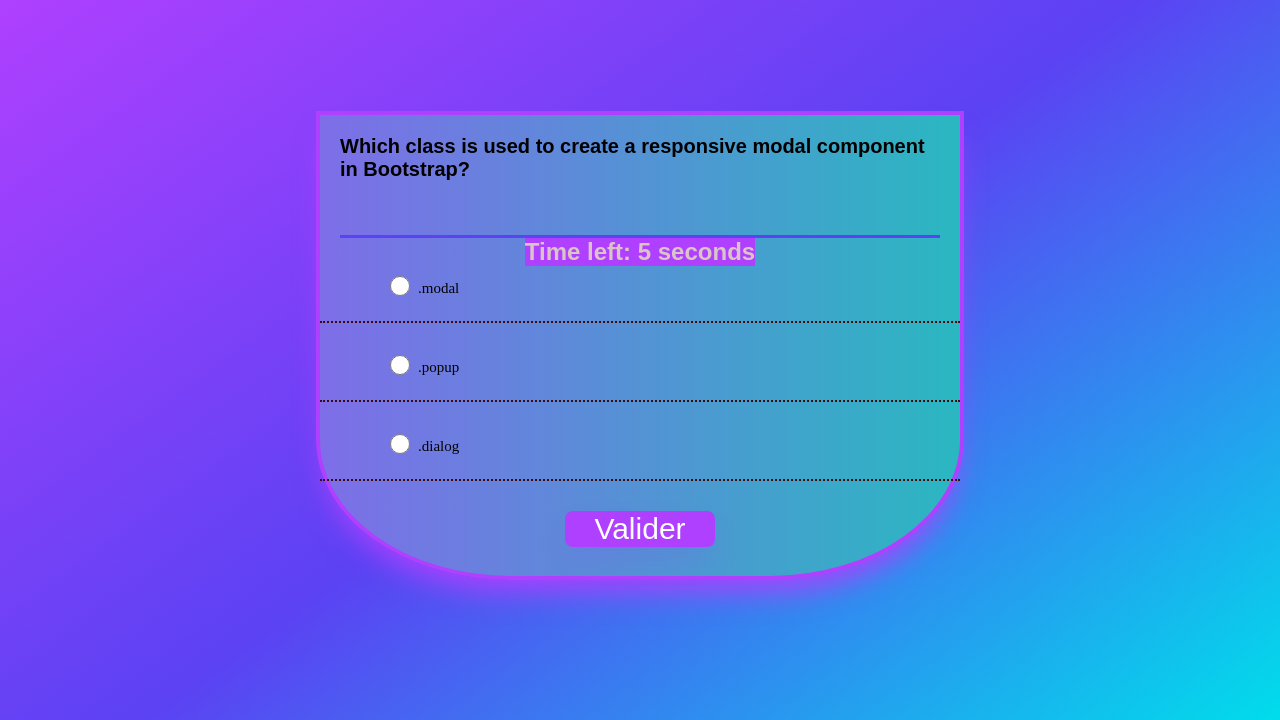
Repository: Belhoucine123/page1
Page: boostrap/test33.html
The author's editor kept a copy of each file at every save. The page is drawn from the files as they stood at one save, then again after the next save.
The browser window is 1280 px wide. The pictures show the whole page.

Above is the page before, as saved 2023-07-05 01:16:10.
Console error: ReferenceError: load is not defined

After the next save:
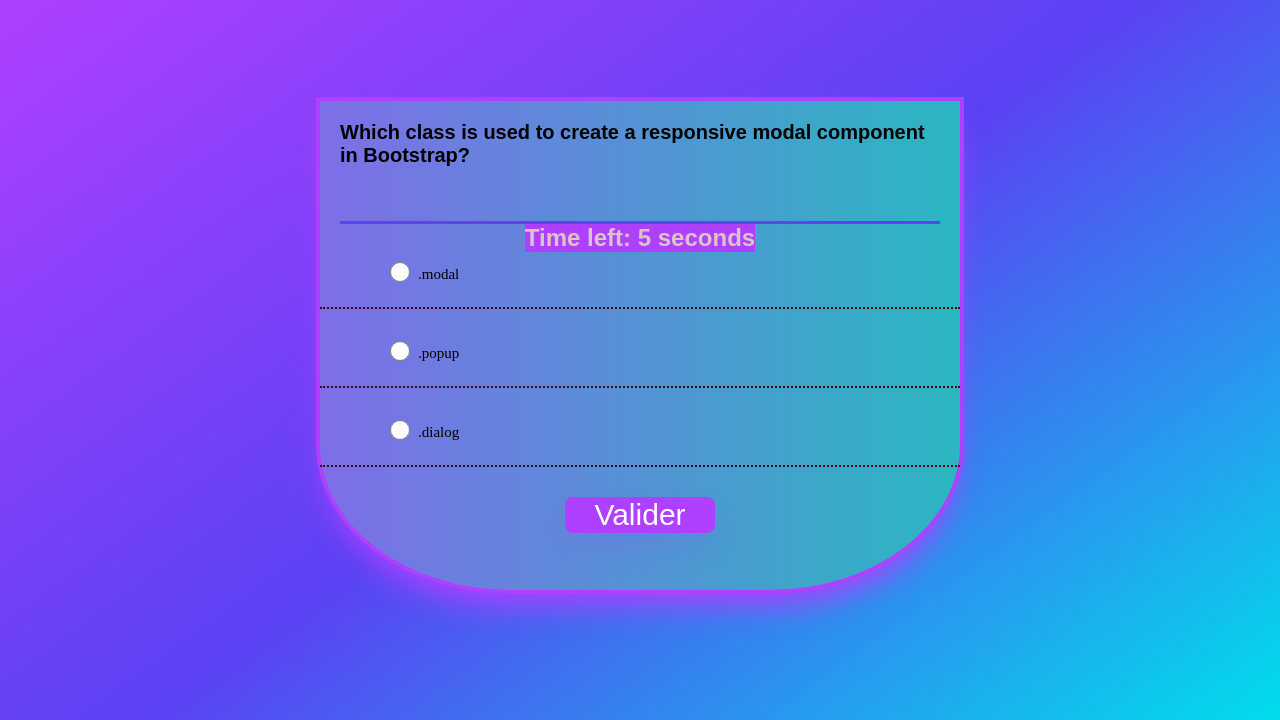
Saved 9 s later.
--- a/boostrap/test33.css
+++ b/boostrap/test33.css
@@ -20,7 +20,7 @@
       border: 4px solid #AF40FF;
       box-shadow: #AF40FF 0px 20px 30px -10px;
       width: 50%;
-      height: 80%;
+      height: 85%;
       background-image: linear-gradient(to right, #7e6ee8, #2ab7c1);
       border-radius: 0 0 30% 30%;
       margin-top: 115px;
